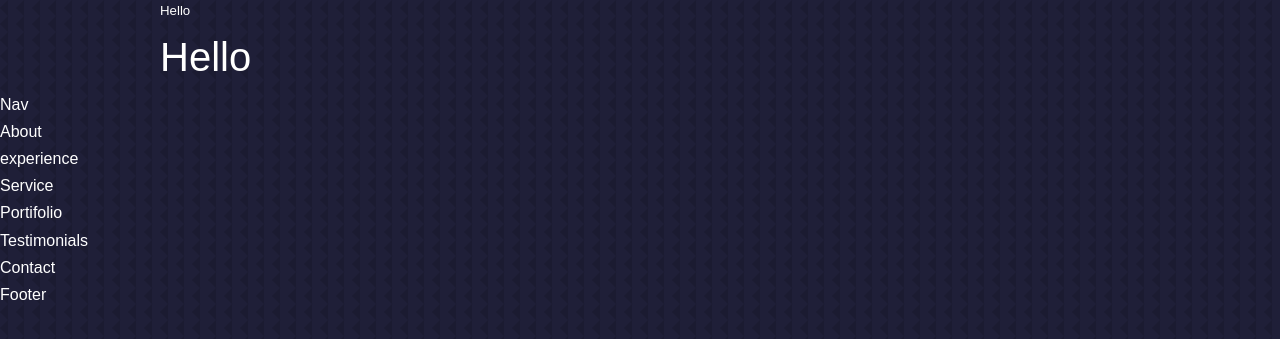
Repository: YuriSarmanho/Portifolio-
Page: / (app in portifolio/)
These files come from the project's save history. The page is drawn as it stood at one moment and after the next save; the edit follows.
The browser window is 1280 px wide. The pictures show the whole page.
The project was rebuilt for these pictures with package versions that can differ from the ones it lists, and the page was loaded fresh each time. Also part of the build but not shown: portifolio/src/Components/Header/Header.css.

Above is the page before, as saved 2022-05-11 16:02:52.

After the next save:
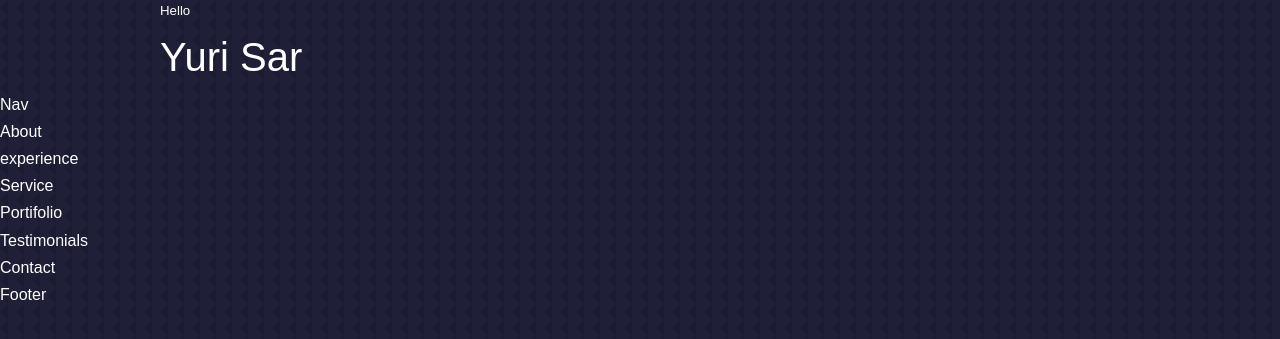
Saved 6 s later.
--- a/portifolio/src/Components/Header/Header.jsx
+++ b/portifolio/src/Components/Header/Header.jsx
@@ -5,7 +5,7 @@
     <header>
       <div className="container header__container">
         <h5>Hello</h5>
-        <h1>Hello</h1>
+        <h1>Yuri Sar</h1>
       </div>
     </header>
   )
